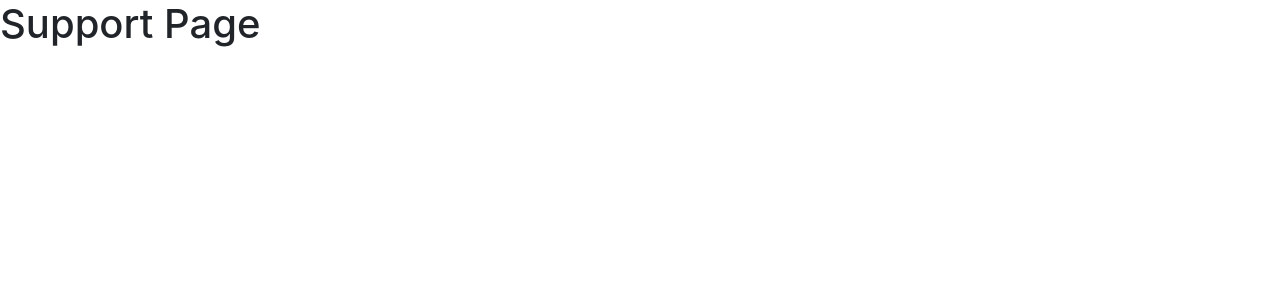
Repository: VishuThePlayer/Zerodha-Clone
Page: /support (app in frontend/)
These files come from the project's save history. The page is drawn as it stood at one moment and after a run of saves; the edit follows.
The browser window is 1280 px wide. The pictures show the whole page.
Some web libraries are served in a nearby version. The project was rebuilt for these pictures with package versions that can differ from the ones it lists, and the page was loaded fresh each time. Also part of the build but not shown: frontend/src/landing_page/Navbar.jsx, frontend/src/landing_page/home.css, frontend/src/landing_page/home/Hero.jsx, frontend/src/landing_page/home/Awards.jsx, frontend/src/landing_page/home/Stats.jsx, frontend/src/landing_page/home/Pricing.jsx, frontend/src/landing_page/home/Educations.jsx, frontend/src/landing_page/OpenAccount.jsx and 6 more.

Above is the page before, as saved 2025-08-30 19:10:45.

After the next 16 saves:
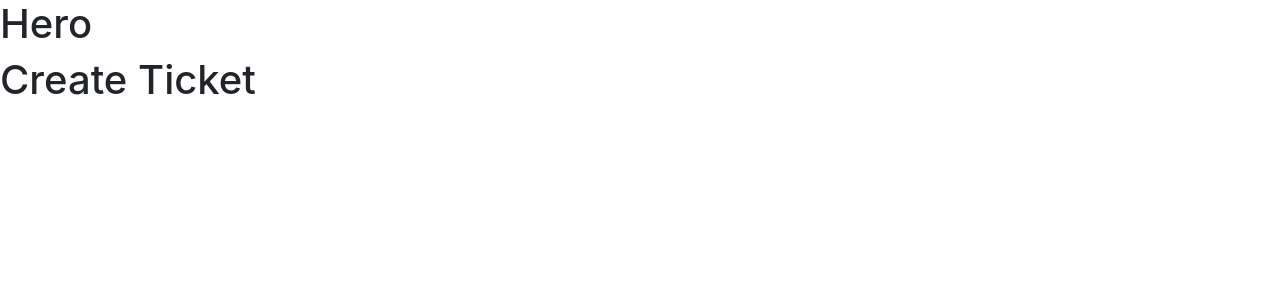
The 16 saves are shown as one change because 1 did not build or start and some came seconds apart.
The last was saved 26 s later.
--- a/frontend/src/landing_page/support/SupportPage.jsx
+++ b/frontend/src/landing_page/support/SupportPage.jsx
@@ -1,9 +1,13 @@
 import React from 'react'
+import CreateTicket from './CreateTicket';
+import Hero from './Hero';
 
 function SupportPage() {
     return (
         <>
-            <h1>Support Page</h1>
+            <Hero/>
+            <CreateTicket/>
+
         </>
      );
 }
